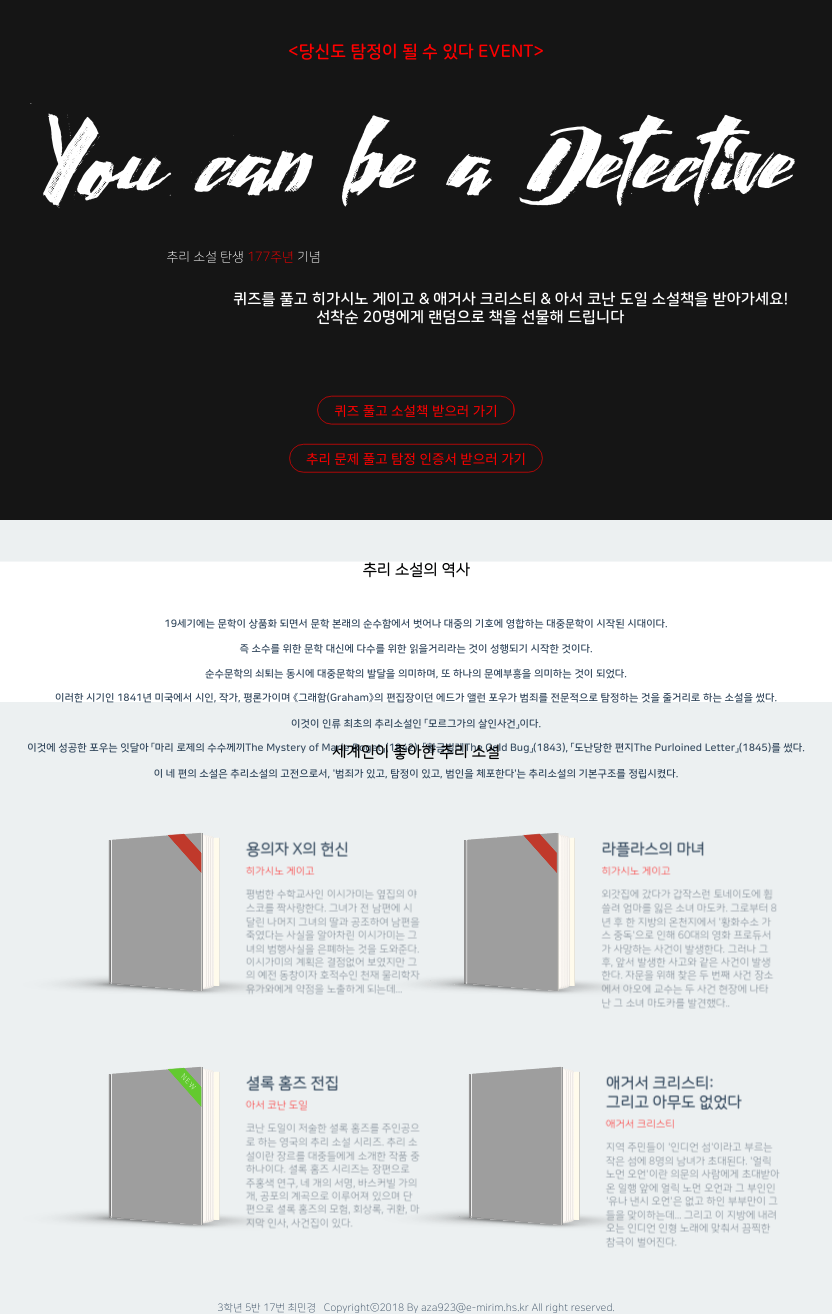
Repository: minkyung0421/Event_Project
Page: http://localhost/Event/main.jsp
The author's editor kept a copy of each file at every save. The page is drawn from the files as they stood at one save, then again after the next save.
The browser window is 1280 px wide. The pictures show the whole page, at 65% of full size.
Pictures or frames that could not be fetched are drawn as grey boxes. The page is served by Tomcat 9.

Above is the page before, as saved 2018-09-04 19:43:26.
Not found: Event_Project/Event/Event/compass/css3

### Event_Project/Event/WebContent/main.jsp
<%@ page language="java" contentType="text/html; charset=EUC-KR"
    pageEncoding="EUC-KR"%>
<!DOCTYPE html PUBLIC "-//W3C//DTD HTML 4.01 Transitional//EN" "http://www.w3.org/TR/html4/loose.dtd">
<html>
<head>
<meta http-equiv="Content-Type" content="text/html; charset=EUC-KR">
<title>EVENT</title>
<link rel="stylesheet" href="css.css">
<style>
@font-face{
	font-family: 'Calligraphy Personal Use'; src:url('font/Calligraphy Personal Use.ttf');
}
@font-face{font-family:'NANUMSQUAREROUNDL'; src:url('font/NANUMSQUAREROUNDL.TTF')}
@font-face{font-family:'NANUMSQUAREROUNDB'; src:url('font/NANUMSQUAREROUNDB.TTF')}

body{
	margin:0px;
	padding:0px;
	font-family:'NANUMSQUAREROUNDL';
}
</style>
</head>
<body>
<div style = "background-color: #151515; width: 100%; height: 800px; padding-top:5%;">
	<div style = "font-size: 20pt; color:red; text-align: center;"><font style = "font-family: NANUMSQUAREROUNDB"><당신도 탐정이 될 수 있다 EVENT></font></div>
	<div style = "color:white; text-align: center;"><font style="font-family: Calligraphy Personal Use; font-size: 15em;">You can be a Detective</font></div>
		<div style = "font-size: 15pt; color:white; margin-left:20%"><font style = "font-family: NANUMSQUAREROUNDL">추리 소설 탄생 <font color="red">177주년</font> 기념</font></div>
		<br><br>
	<div style = "font-size:18pt; color:white;  margin-left:28%; font-family:NANUMSQUAREROUNDB ">퀴즈를 풀고 히가시노 게이고 & 애거사 크리스티 & 아서 코난 도일 소설책을 받아가세요!</div>
	<div style = "font-size:18pt; color:white;  margin-left:38%; font-family:NANUMSQUAREROUNDB ">선착순 20명에게 랜덤으로 책을 선물해 드립니다</div>
	<div class="buttonContainer">
 <a class="button" onclick="showPopup();" title="quiz">퀴즈 풀고 소설책 받으러 가기</a><br><br>
  <a class="button" onclick="showPopup2();" title="Appointment">추리 문제 풀고 탐정 인증서 받으러 가기</a>
</div>
</div>

<div style = "width: 100%; height: 30%; background-color: white;">
<div style = "text-align: center; margin-top:5%; color:black; font-weight: 900"><h2>추리 소설의 역사 </h2></div>
<center><div style = "font-family: NANUMSQUAREROUNDB">
<br><br><br>
19세기에는 문학이 상품화 되면서 문학 본래의 순수함에서 벗어나 대중의 기호에 영합하는 대중문학이 시작된 시대이다. <br><br>
즉 소수를 위한 문학 대신에 다수를 위한 읽을거리라는 것이 성행되기 시작한 것이다. <br><br>
순수문학의 쇠퇴는 동시에 대중문학의 발달을 의미하며, 또 하나의 문예부흥을 의미하는 것이 되었다. <br><br>
이러한 시기인 1841년 미국에서 시인, 작가, 평론가이며 《그래함(Graham》의 편집장이던 에드가 앨런 포우가 범죄를 전문적으로 탐정하는 것을 줄거리로 하는 소설을 썼다. <br><br>
이것이 인류 최초의 추리소설인 「모르그가의 살인사건」이다. <br><br>
이것에 성공한 포우는 잇달아 「마리 로제의 수수께끼The Mystery of Marie Roget」(1842), 「황금벌레The Gold Bug」(1843), 「도난당한 편지The Purloined Letter」(1845)를 썼다.<br><br>
이 네 편의 소설은 추리소설의 고전으로서, '범죄가 있고, 탐정이 있고, 범인을 체포한다'는 추리소설의 기본구조를 정립시켰다.<br><br>
</div>
</center>
</div>

<div style = "text-align: center; margin-top:5%; color:black; font-weight: 900"><h2>세계인이 좋아한 추리 소설 </h2></div>


<!-- 여기서부터 책 정보 -->
<div class="component">
  <ul class="align">
    <!-- Book 1 -->
    <li style = "margin-left:2%">
      <figure class='book'>
        <!-- Front -->
        <ul class='hardcover_front'>
          <li>
            <img src="http://mblogthumb1.phinf.naver.net/MjAxODAzMTlfMTk5/MDAxNTIxNDQ3NzQ3NjM2.WZShtX_uO_6JNCjy4xDTl9yvU6wH8278slTFLA-zaUcg.0Mm19c-3gQU2v65n9_Ye-rjnCH5XyFbuNSzHMRZffIwg.JPEG.hla9865/1452422-flyjoy77.jpg?type=w800" alt="" width="100%" height="100%">
            <span class="ribbon bestseller"></span>
          </li>
          <li></li>
        </ul>
        <!-- Pages -->
        <ul class='page'>
          <li></li>
          <li>
            <a class="btn" href="https://namu.wiki/w/%EC%9A%A9%EC%9D%98%EC%9E%90%20X%EC%9D%98%20%ED%97%8C%EC%8B%A0">DETAIL</a>
          </li>
          <li></li>
          <li></li>
          <li></li>
        </ul>
        <!-- Back -->
        <ul class='hardcover_back'>
          <li></li>
          <li></li>
        </ul>
        <ul class='book_spine'>
          <li></li>
          <li></li>
        </ul>
        <figcaption>
          <h2>용의자 X의 헌신</h2>
          <span style = "color:red">히가시노 게이고</span>
          <p>평범한 수학교사인 이시가미는 옆집의 야스코를 짝사랑한다. 그녀가 전 남편에 시달린 나머지 그녀의 딸과 공조하여 남편을 죽였다는 사실을 알아차린 이시가미는 그녀의 범행사실을 은폐하는 것을 도와준다. 이시가미의 계획은 결점없어 보였지만 그의 예전 동창이자 호적수인 천재 물리학자 유가와에게 약점을 노출하게 되는데...</p>
        </figcaption>
      </figure>
    </li>

     <li style = "margin-left:2%">
      <figure class='book'>
        <!-- Front -->
        <ul class='hardcover_front'>
          <li>
            <img src="https://t1.daumcdn.net/thumb/R1280x0/?fname=http://t1.daumcdn.net/brunch/service/user/7ur/image/jF5nkBVAa_RBbcVq0lpbcK3Nfvc.jpg" alt="" width="100%" height="100%">
            <span class="ribbon bestseller"></span>
          </li>
          <li></li>
        </ul>
        <!-- Pages -->
        <ul class='page'>
          <li></li>
          <li>
            <a class="btn" href="https://ko.wikipedia.org/wiki/%EB%9D%BC%ED%94%8C%EB%9D%BC%EC%8A%A4%EC%9D%98_%EB%A7%88%EB%85%80">DETAIL</a>
          </li>
          <li></li>
          <li></li>
          <li></li>
        </ul>
        <!-- Back -->
        <ul class='hardcover_back'>
          <li></li>
          <li></li>
        </ul>
        <ul class='book_spine'>
          <li></li>
          <li></li>
        </ul>
        <figcaption>
          <h2>라플라스의 마녀</p></h2>
          <span style = "color:red">히가시노 게이고</span>
          <p>외갓집에 갔다가 갑작스런 토네이도에 휩쓸려 엄마를 잃은 소녀 마도카. 그로부터 8년 후 한 지방의 온천지에서 '황화수소 가스 중독'으로 인해 60대의 영화 프로듀서가 사망하는 사건이 발생한다. 그러나 그 후, 앞서 발생한 사고와 같은 사건이 발생한다. 자문을 위해 찾은 두 번째 사건 장소에서 아오에  교수는  두 사건 현장에 나타난 그 소녀 마도카를 발견했다..</p>
        </figcaption>
      </figure>
    </li>

    <!-- Book 2 -->
    <li>
      <figure class='book'>
        <!-- Front -->
        <ul class='hardcover_front'>
          <li>
            <img src="https://misc.ridibooks.com/cover/1153000080/xxlarge" alt="" width="100%" height="100%">
            <span class="ribbon new">NEW</span>
          </li>
          <li></li>
        </ul>
        <!-- Pages -->
        <ul class='page'>
          <li></li>
          <li>
             <a class="btn" href="https://namu.wiki/w/%EC%85%9C%EB%A1%9D%20%ED%99%88%EC%A6%88%20%EC%8B%9C%EB%A6%AC%EC%A6%88">DETAIL</a>
          </li>
          <li></li>
          <li></li>
          <li></li>
        </ul>
        <!-- Back -->
        <ul class='hardcover_back'>
          <li></li>
          <li></li>
        </ul>
        <ul class='book_spine'>
          <li></li>
          <li></li>
        </ul>
        <figcaption>
          <h2>셜록 홈즈 전집</h2>
          <span style = "color:red">아서 코난 도일</span>
          <p>코난 도일이 저술한 셜록 홈즈를 주인공으로 하는 영국의 추리 소설 시리즈. 추리 소설이란 장르를 대중들에게 소개한 작품 중 하나이다. 셜록 홈즈 시리즈는 장편으로 주홍색 연구, 네 개의 서명, 바스커빌 가의 개, 공포의 계곡으로 이루어져 있으며 단편으로 셜록 홈즈의 모험, 회상록, 귀환,  마지막 인사, 사건집이 있다.</p>
        </figcaption>
      </figure>
    </li>
    <!-- Book 3 -->
    <li>
      <figure class='book'>
        <!-- Front -->
        <ul class='hardcover_front'>
          <li>
            <img src="https://misc.ridibooks.com/cover/682000192/xxlarge" alt="" width="100%" height="100%">
          </li>
          <li></li>
        </ul>
        <!-- Pages -->
        <ul class='page'>
          <li></li>
          <li>
            <a class="btn" href="https://namu.wiki/w/%EA%B7%B8%EB%A6%AC%EA%B3%A0%20%EC%95%84%EB%AC%B4%EB%8F%84%20%EC%97%86%EC%97%88%EB%8B%A4">DETAIL</a>
          </li>
          <li></li>
          <li></li>
          <li></li>
        </ul>
        <!-- Back -->
        <ul class='hardcover_back'>
          <li></li>
          <li></li>
        </ul>
        <ul class='book_spine'>
          <li></li>
          <li></li>
        </ul>
        <figcaption>
          <h2>애거서 크리스티:<br>그리고 아무도 없었다</h2>
          <span style = "color:red">애거서 크리스티</span>
          <p>지역 주민들이 '인디언 섬'이라고 부르는 작은 섬에 8명의 남녀가 초대된다. '얼릭 노먼 오언'이란 의문의 사람에게 초대받아 온 일행 앞에 얼릭 노먼 오언과 그 부인인 '유나 낸시 오언'은 없고 하인 부부만이 그들을 맞이하는데... 그리고 이 지방에 내려오는 인디언 인형 노래에 맞춰서 끔찍한 참극이 벌어진다. </p>
        </figcaption>
      </figure>
    </li>
  </ul>
</div>


<div>


</div>


<center>
<div style = "margin-bottom: 3%;">
	3학년 5반 17번 최민경 &nbsp;
	Copyrightⓒ2018 By aza923@e-mirim.hs.kr All right reserved.
</div>
</center>

</body>
 <script language="javascript">
  function showPopup() { window.open("quiz.jsp", "a", "width=750px, height=850px, left=100, top=50"); }
  function showPopup2() { window.open("letter.jsp", "a", "width=750px, height=850px, left=100, top=50"); }
  </script>
</html>

Loaded but not shown: Event_Project/Event/WebContent/css.css (772 lines, source omitted)

After the next save:
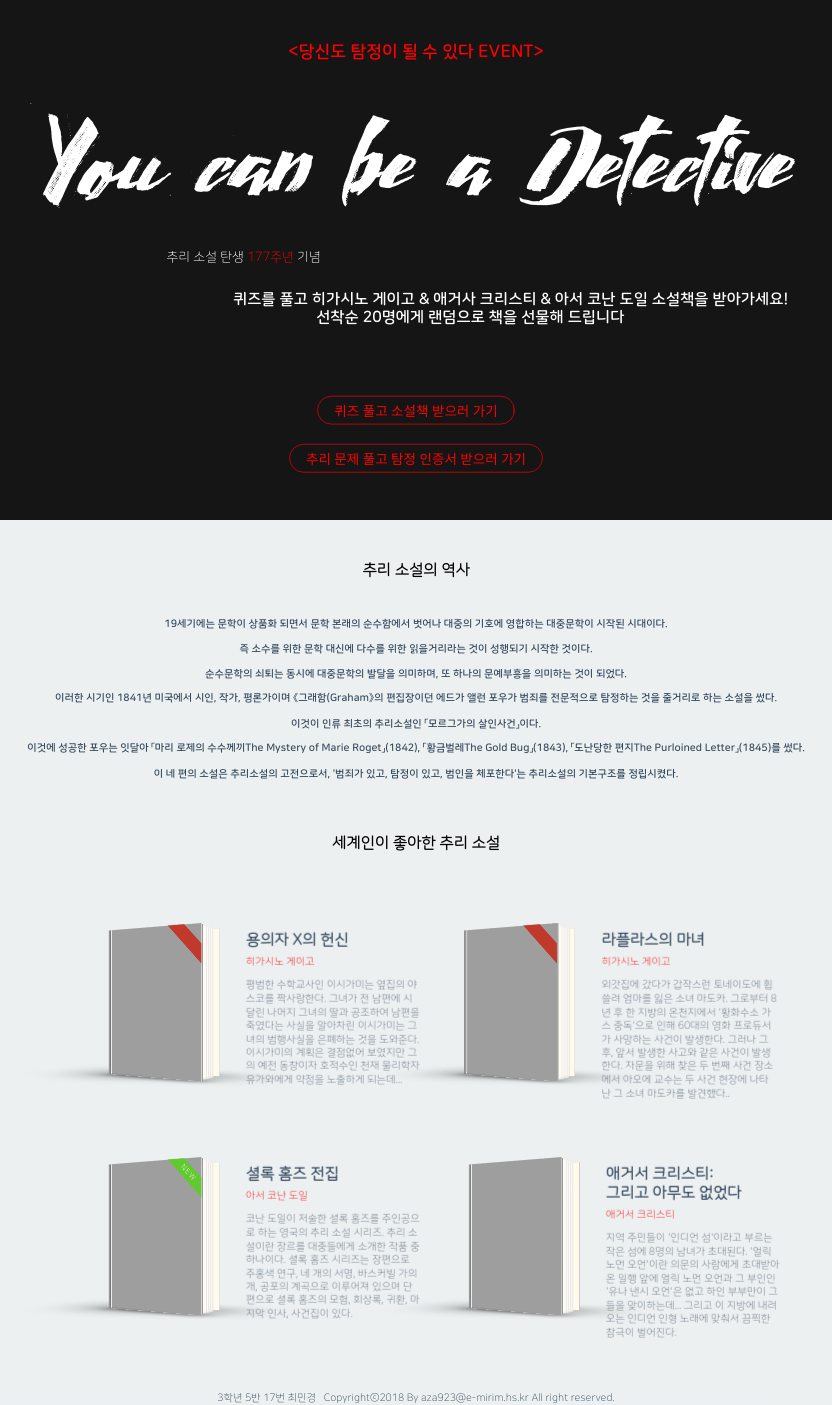
Saved 34 s later.
--- a/Event_Project/Event/WebContent/main.jsp
+++ b/Event_Project/Event/WebContent/main.jsp
@@ -34,7 +34,6 @@
 </div>
 </div>
 
-<div style = "width: 100%; height: 30%; background-color: white;">
 <div style = "text-align: center; margin-top:5%; color:black; font-weight: 900"><h2>추리 소설의 역사 </h2></div>
 <center><div style = "font-family: NANUMSQUAREROUNDB">
 <br><br><br>
@@ -47,7 +46,7 @@
 이 네 편의 소설은 추리소설의 고전으로서, '범죄가 있고, 탐정이 있고, 범인을 체포한다'는 추리소설의 기본구조를 정립시켰다.<br><br>
 </div>
 </center>
-</div>
+
 
 <div style = "text-align: center; margin-top:5%; color:black; font-weight: 900"><h2>세계인이 좋아한 추리 소설 </h2></div>
 
